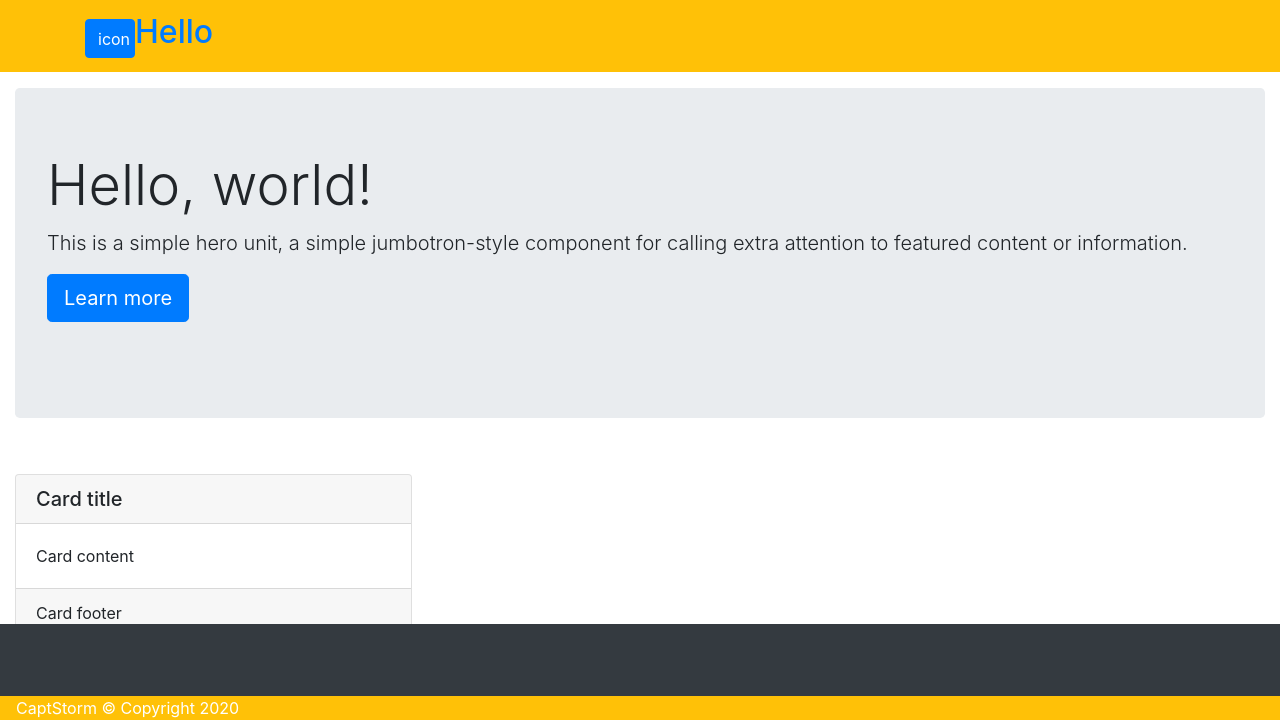
Repository: CaptainStorm21/complete-react16-bootstrap-passing-props
Page: /
These files come from the project's save history. The page is drawn as it stood at one moment and after the next save; the edit follows.
The browser window is 1280 px wide. The pictures show the whole page.
The project was rebuilt for these pictures with package versions that can differ from the ones it lists, and the page was loaded fresh each time.

Above is the page before, as saved 2020-04-23 14:07:33.

### public/index.html
<!DOCTYPE html>
<html lang="en">
<head>
  <title>Bootstrap Example</title>
  <meta charset="utf-8">
  <meta name="viewport" content="width=device-width, initial-scale=1">
  <link rel="stylesheet" href="https://maxcdn.bootstrapcdn.com/bootstrap/4.4.1/css/bootstrap.min.css">
  <script src="https://ajax.googleapis.com/ajax/libs/jquery/3.4.1/jquery.min.js"></script>
  <script src="https://cdnjs.cloudflare.com/ajax/libs/popper.js/1.16.0/umd/popper.min.js"></script>
  <script src="https://maxcdn.bootstrapcdn.com/bootstrap/4.4.1/js/bootstrap.min.js"></script>
</head>
<body>
<div id="root"></div>

</body>
</html>

### src/index.js
import React from 'react';
import ReactDOM from 'react-dom';
import './style.css';
import App from './App';
import * as serviceWorker from './serviceWorker';


ReactDOM.render(
  <React.StrictMode>
    <App />
  </React.StrictMode>,
  document.getElementById('root')
);

// If you want your app to work offline and load faster, you can change
// unregister() to register() below. Note this comes with some pitfalls.
// Learn more about service workers: https://bit.ly/CRA-PWA
serviceWorker.unregister();

### src/style.css




body {
  margin: 0;
  font-family: -apple-system, BlinkMacSystemFont, 'Segoe UI', 'Roboto', 'Oxygen',
    'Ubuntu', 'Cantarell', 'Fira Sans', 'Droid Sans', 'Helvetica Neue',
    sans-serif;
  -webkit-font-smoothing: antialiased;
  -moz-osx-font-smoothing: grayscale;
}

.footer {
  position: absolute;
  bottom: 0;
  width: 100%;
  height: 60px; /* Set the fixed height of the footer here */
  line-height: 60px; /* Vertically center the text there */
  background-color: purple;
}

### src/App.js
import React from "react";
import Main from "./components/Main";
import ContanerCard from "./components/ContainerCard";

import Header from "./components/layout/Header";
import Footer from "./components/layout/Footer";

function App() {
  return (
    <div>
      <Header />
      <div classNameName="container-fluid">
        <div className="col-lg-12 py-3">
          <Main />
        </div>
        <div className="container-fluid">
          <div className="row">
            <ContanerCard />
          </div>
        </div>
        <Footer />
      </div>
    </div>
  );
}

export default App;

### src/components/Main.js
import React from "react";

function Main() {
  return (
    <div className="jumbotron">
      <h1 className="display-4">Hello, world!</h1>
      <p className="lead">
        This is a simple hero unit, a simple jumbotron-style component for
        calling extra attention to featured content or information.
        <p className = "py-3">
        <a className="btn btn-primary btn-lg" href="#" role="button">
          Learn more
        </a>
        </p>
      </p>
    </div>
  );
}

export default Main;

### src/components/ContainerCard.js
import React from "react";

function ContainerCard() {
  return (
    <div className="col-md-4 col-lg-4 py-2">
    <div className="card">
      <h5 className="card-header">Card title</h5>
      <div className="card-body">
        <p className="card-text">Card content</p>
      </div>
      <div className="card-footer">Card footer</div>
    </div>
    </div>
  );
}

export default ContainerCard;

### src/components/layout/Header.js
import React from "react";
import Navbar from "./Navbar";

function Header() {
  return (
<nav className="navbar navbar-default bg-warning" role="navigation">
              <Navbar />
    </nav>
  );
}

export default Header;

### src/components/layout/Footer.js
import React from "react";

function Footer() {
  return (
    <footer className="bg-dark py-5 fixed-bottom ">
      <div className="container"></div>
      <div className="container-fluid">
        <div className="row bg-info">
        <div className="bg-warning fixed-bottom">
          <span className="p-3 text-white">
            CaptStorm &copy; Copyright 2020
          </span>
        </div>        </div>
      </div>
    </footer>
  );
}

export default Footer;

### src/components/layout/Navbar.js
import React from "react";
import "./Nav.css";

function Navbar() {
  return (
    <>
 <div className="container">
      <div className="navbar-header">
        <button type="button"  className="navbar-toggle btn btn-primary" data-toggle="collapse" data-target=".navbar-ex1-collapse">
        <span className="navbar-toggler-icon">icon</span>

        </button>
        <a href="#/" className="navbar-brand"><h2>Hello</h2></a>
      </div>
      <div className="collapse navbar-collapse navbar-ex1-collapse">

        <ul className="nav navbar-nav navbar-right">
          <li>
    <button class="navbar-toggler" type="button" data-toggle="collapse" data-target="#navbarToggleExternalContent" aria-controls="navbarToggleExternalContent" aria-expanded="false" aria-label="Toggle navigation">
      <span class="navbar-toggler-icon"></span>
    </button>
          </li>
        </ul>
      </div>
    </div>
  </>
)
}

export default Navbar;

### src/components/layout/Nav.css
@media (min-width: 768px) {
    .navbar-nav {
      width: 100%;
      text-align: center;
    }
    .navbar-nav > li {
      float: none;
      display: inline-block;
    }
    .navbar-nav > li.navbar-right {
      float: right !important;
    }
  }

Loaded but not shown: src/serviceWorker.js (common file)

After the next save:
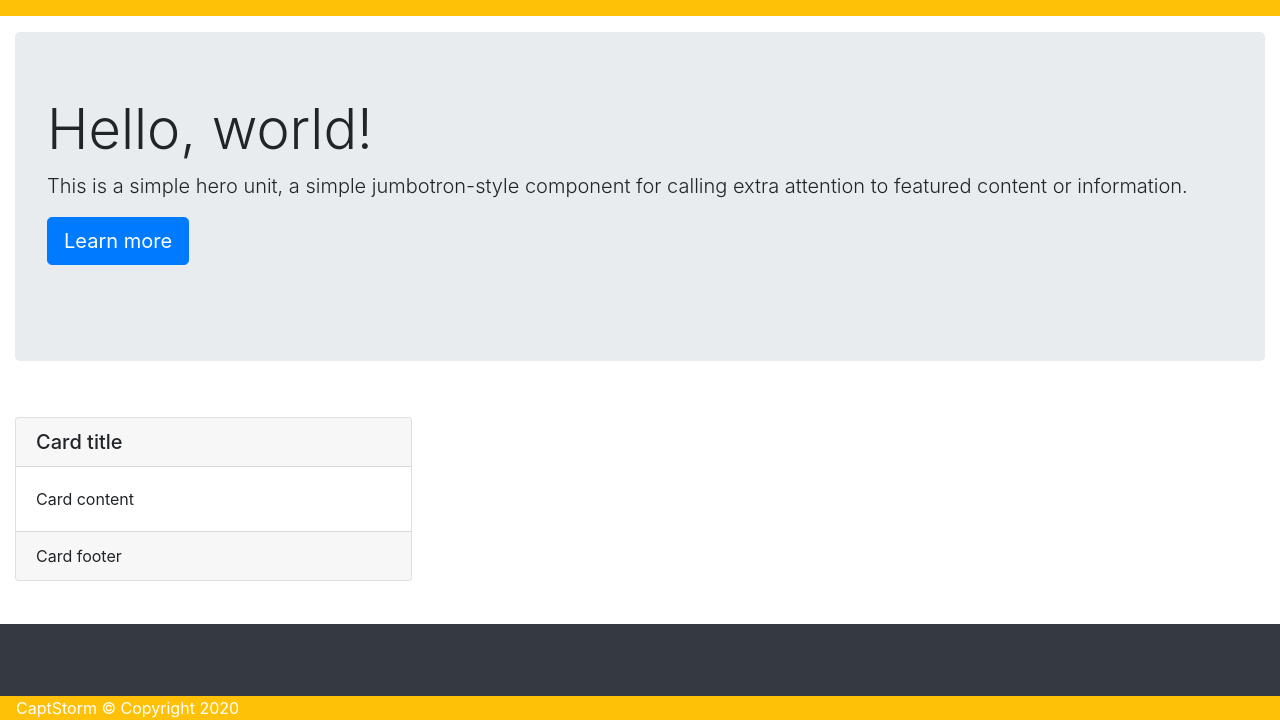
Saved 6 s later.
--- a/src/components/layout/Navbar.js
+++ b/src/components/layout/Navbar.js
@@ -4,25 +4,6 @@ import "./Nav.css";
 function Navbar() {
   return (
     <>
- <div className="container">
-      <div className="navbar-header">
-        <button type="button"  className="navbar-toggle btn btn-primary" data-toggle="collapse" data-target=".navbar-ex1-collapse">
-        <span className="navbar-toggler-icon">icon</span>
-
-        </button>
-        <a href="#/" className="navbar-brand"><h2>Hello</h2></a>
-      </div>
-      <div className="collapse navbar-collapse navbar-ex1-collapse">
-
-        <ul className="nav navbar-nav navbar-right">
-          <li>
-    <button class="navbar-toggler" type="button" data-toggle="collapse" data-target="#navbarToggleExternalContent" aria-controls="navbarToggleExternalContent" aria-expanded="false" aria-label="Toggle navigation">
-      <span class="navbar-toggler-icon"></span>
-    </button>
-          </li>
-        </ul>
-      </div>
-    </div>
   </>
 )
 }
